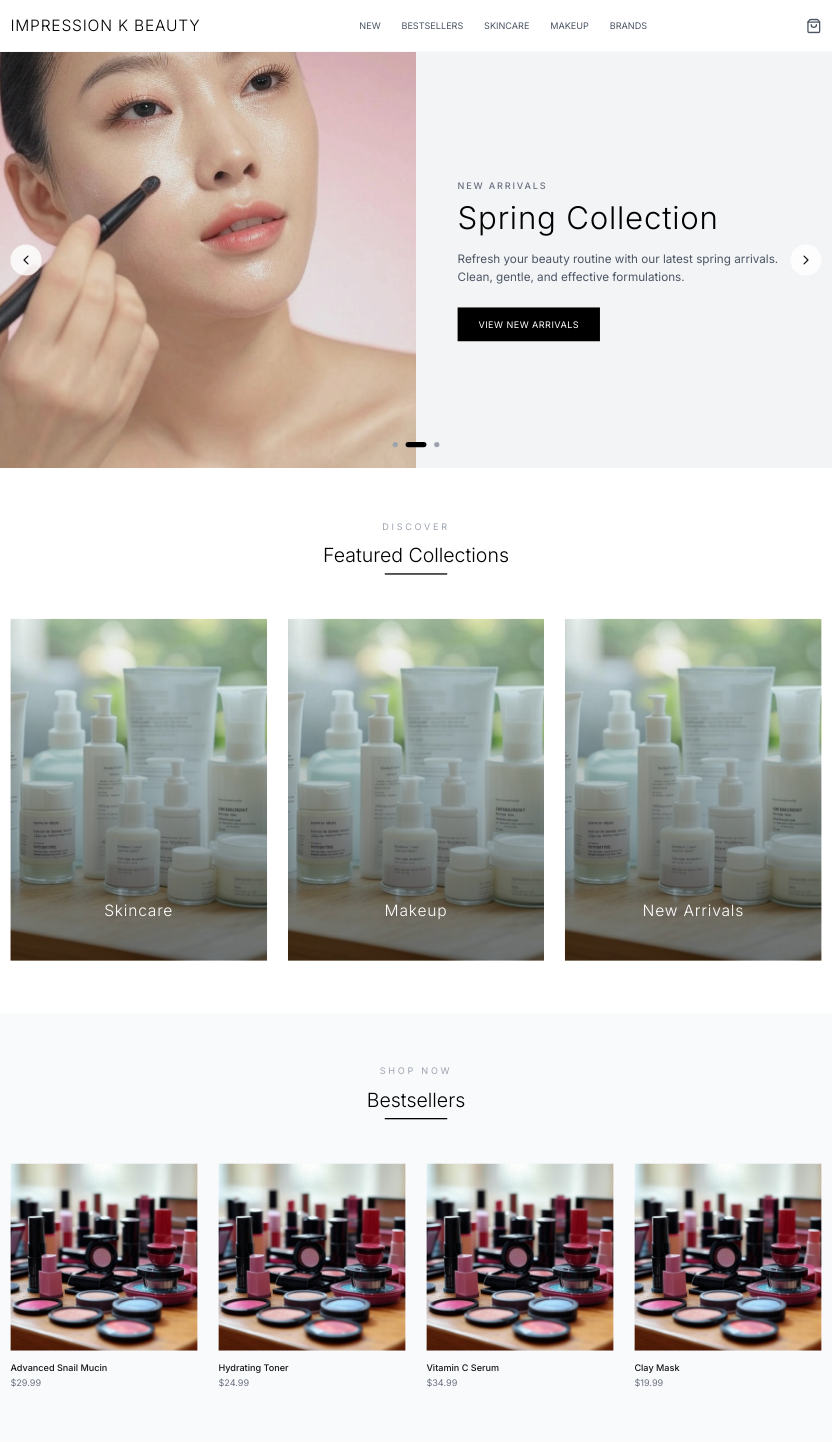
Repository: Innovate-X-ab/ImpresionKBeauty
Page: /
These files come from the project's save history. The page is drawn as it stood at one moment and after the next save; the edit follows.
The browser window is 1280 px wide. The pictures show the whole page, at 65% of full size.
The project was rebuilt for these pictures with package versions that can differ from the ones it lists, and the page was loaded fresh each time. The framework's server and built-in components were replaced by stand-ins that run in the browser. Also part of the build but not shown: next.config.ts.

Above is the page before, as saved 2025-02-22 23:44:43.

After the next save:
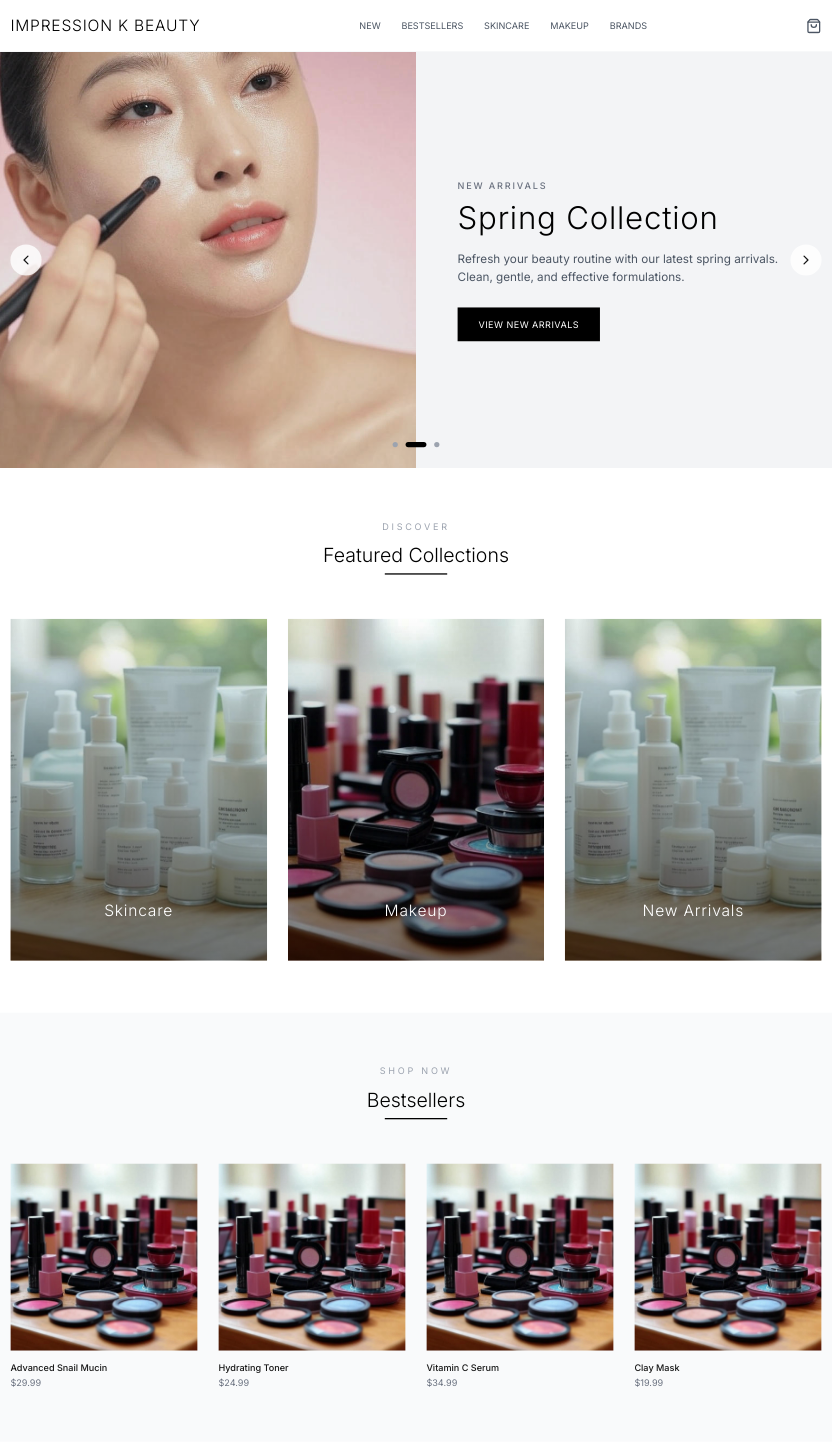
Saved 8 h 34 min later.
--- a/src/components/layout/FeaturedProducts.tsx
+++ b/src/components/layout/FeaturedProducts.tsx
@@ -22,7 +22,7 @@ export default function FeaturedProducts() {
           <div className="grid grid-cols-1 md:grid-cols-3 gap-8">
             {[
               { title: 'Skincare', image: '/images/placeholder-600x800.jpg', description: 'Discover radiant skin' },
-              { title: 'Makeup', image: '/images/placeholder-600x800.jpg', description: 'Enhance your beauty' },
+              { title: 'Makeup', image: '/images/placeholder-400x400.jpg', description: 'Enhance your beauty' },
               { title: 'New Arrivals', image: '/images/placeholder-600x800.jpg', description: 'Latest innovations' }
             ].map((collection, index) => (
               <Link href={`/collections/${collection.title.toLowerCase()}`} key={index} className="group">
